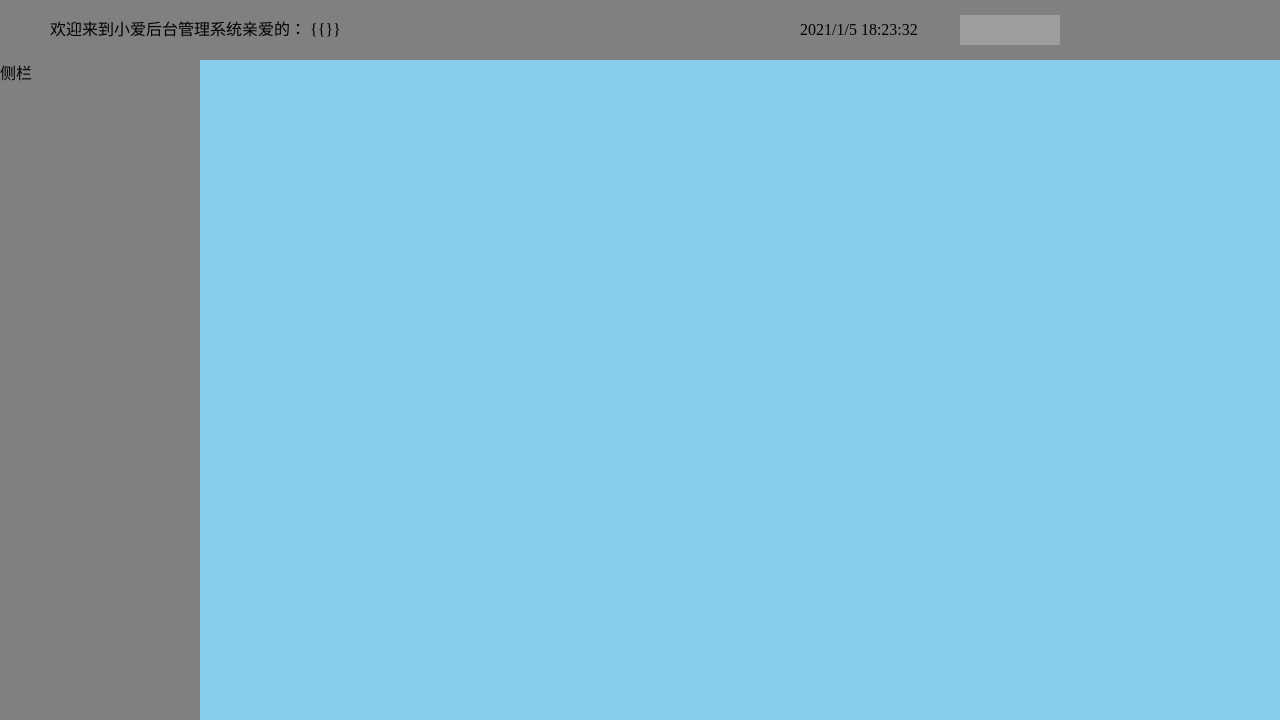
Repository: heyegang/vuex
Page: /
The author's editor kept a copy of each file at every save. The page is drawn from the files as they stood at one save, then again after the next save.
The browser window is 1280 px wide. The pictures show the whole page.
Pictures or frames that could not be fetched are drawn as grey boxes. The project was rebuilt for these pictures with package versions that can differ from the ones it lists, and the page was loaded fresh each time. Also part of the build but not shown: vue.config.js.

Above is the page before, as saved 2021-01-06 13:44:46.

### src/main.js
import Vue from "vue";
import App from "./App.vue";
import router from "./router";
import store from "./store";
import ElementUI from "element-ui";
import "element-ui/lib/theme-chalk/index.css"

Vue.use(ElementUI)
Vue.config.productionTip = false;

new Vue({
  router,
  store,
  render: h => h(App)
}).$mount("#app");

### src/App.vue
<template>
  <div id="app">
    <router-view />
  </div>
</template>

<style lang="scss">
*{
  margin: 0;
  padding: 0;
}
html,body,#app{
  height: 100%;
}
</style>

### src/router/index.js
import Vue from "vue";
import VueRouter from "vue-router";
import Home from "../views/Home.vue";
import Layout from "../views/layout/Layout.vue";

Vue.use(VueRouter);

const routes = [{
   path:"",
  component:Layout,
  children:[{
    path: "/",
    name: "Home",
    component: Home
  },

  ]},
  {
    path: "/login",
    name: "login",
    component: () => import('../views/login/Login.vue')
  },
];

const router = new VueRouter({
  mode: "history",
  base: process.env.BASE_URL,
  routes
});

export default router;

### src/store/index.js
import Vue from "vue";
import Vuex from "vuex";
import user from "./user"

Vue.use(Vuex);

export default new Vuex.Store({
  state: {
    // 存放数据
  },
  mutations: {
    // 同步修改state
  },
  actions: {},
  modules: {
    // 代表模块
    user
  }
});

### src/views/Home.vue
<template>
  <div></div>
</template>

<script>
export default {
  name: '',
  props:{},
  data () {
    return {
    }
  },
  components: {},
  methods: {},
  mounted() {},
  computed: {},
  watch: {}
}
</script>

<style lang='scss' scoped>

</style>

### src/views/layout/Layout.vue
<template>
    <div>
        <el-container>
        <el-header>
            <nav-header></nav-header>
        </el-header>
        <el-container>
            <el-aside width="200px">
                <nav-sidebar></nav-sidebar>
            </el-aside>
            <el-main>
                <router-view></router-view>
            </el-main>
        </el-container>
        </el-container>
    </div>
</template>

<script>
import NavHeader from "../../components/navheader/NavHeader"
import NavSidebar from "../../components/navsidebar/NavSidebar"
export default {
  name: '',
  props:{},
  data () {
    return {
    }
  },
  components: {
      NavHeader,
      NavSidebar,
  },
  methods: {},
  mounted() {},
  computed: {},
  watch: {}
}
</script>

<style lang='scss' scoped>
  .el-header, .el-footer {
    line-height: 60px;
    background-color: gray;
  }

  .el-aside {
    position: fixed;
    top: 60px;
    bottom: 0;
    background-color: gray;
  }

  .el-main {
    position: fixed;
    bottom: 0;
    right: 0;
    top: 60px;
    left: 200px;
    background-color: skyblue;


  }

  body > .el-container {
    margin-bottom: 40px;
  }

  .el-container:nth-child(5) .el-aside,
  .el-container:nth-child(6) .el-aside {
    line-height: 260px;
  }

  .el-container:nth-child(7) .el-aside {
    line-height: 320px;
  }
</style>

### src/store/user.js
import { Message } from "element-ui";
import api from '../http/api';
import router from '../router'

export default {
    namespaced:true,
    // 开启命名空间

    state: {
        // 存放数据
        users:[]
      },
      mutations: {
        // 同步修改state
        setUsers(state,data){
            state.user = data
        }
      },
      actions: {
        //   发请求
        // 所有的方法
        // 登录 每一个action的方法都有两个参数 第一个是store 第二个是请求的参数
        // store可以解构为commit dispatch(提交另外一个action)
        async login(_,params){
            let res = await api.login(params)
            if(res.meta.status === 200){
                // 请求成功 存用户 跳转路由 提示用户
                localStorage.setItem('user', JSON.stringify(res.data))
                localStorage.setItem('token', res.data.token)
                Message.success('登录成功')
                router.push('/')
            } else {
                Message.error(res.meta.msg)
            }
        },
        async getUsers({commit},params){
            let res = await api.getUsers(params)
            if(res.meta.status === 200) {
                commit('setUsers',res.data)
            }else {
                Message.error(res.meta.msg)
            }
        }
      },
}

### src/components/navheader/NavHeader.vue
<template>
  <div class="top">
      <div style="margin-left:30px;">
          欢迎来到小爱后台管理系统
      </div>
      <div class="box">
          {{times}}
      </div>
      <div class="weather">
          <div class="weather"><iframe scrolling="no" src="https://tianqiapi.com/api.php?style=yd&skin=pitaya" frameborder="0" width="100%" height="30" allowtransparency="true"></iframe></div>
    <!--获取天气-->
      </div>
      <div>
          亲爱的： {{}}
      </div>
  </div>
</template>

<script>
export default {
  name: '',
  props:{},
  data () {
    return {
      times:'',//格式化之后的当前时间
      currentTime: new Date() //当前时间
    }
  },
  components: {},
  methods: {
    getTimes(){
      setInterval(this.getTimesInterval, 1000);
    },
    getTimesInterval:function() {
      let _this = this;
      let year = new Date().getFullYear(); //获取当前时间的年份
      let month = new Date().getMonth() + 1; //获取当前时间的月份
      let day = new Date().getDate(); //获取当前时间的天数
      let hours = new Date().getHours(); //获取当前时间的小时
      let minutes = new Date().getMinutes(); //获取当前时间的分数
      let seconds = new Date().getSeconds(); //获取当前时间的秒数
      let hello = "";
      //当小于 10 的是时候，在前面加 0
      if (hours < 10) {
        hours = "0" + hours;
      }
      if (minutes < 10) {
        minutes = "0" + minutes;
      }
      if (seconds < 10) {
        seconds = "0" + seconds;
      }
      //一天中的时间
      if (hours > 6 && hours <13){
          hello = "上午";
      }
      if (hours > 13 && hours <18){
          hello = "下午";
      }
      if (hours > 18 && hours <24){
          hello = "晚上";
      }
      if (hours >0 && hours < 6){
          hello = "凌晨";
      }
      //拼接格式化当前时间
      _this.times = year + "/" + month + "/" + day + " " +hello+ hours + ":" + minutes + ":" + seconds;
    },
  },
  mounted() {
    this.getTimes()
  },
  computed: {},
  watch: {},
}
</script>

<style lang='scss' scoped>
.top{
    display: flex;
    position: relative;
    line-height: 60px;
}
.box{
    width: 160px;
    position: absolute;
    right: 300px;
}
.weather{
    width: 100px;
    position: absolute;
    right: 100px;
    top: 5px;
}
</style>

### src/components/navsidebar/NavSidebar.vue
<template>
  <div>
      侧栏
  </div>
</template>

<script>
export default {
  name: '',
  props:{},
  data () {
    return {
    }
  },
  components: {},
  methods: {},
  mounted() {},
  computed: {},
  watch: {}
}
</script>

<style lang='scss' scoped>

</style>

### src/http/api.js
import http from './index'

export default{
     login({username,password}){
        return http.post('/login',{
            username,
            password
        })
     },
     getUsers({pagenum,pagesize,query}){
         if(query){
             return http.get(`/users?pagenum=${pagenum}&pagesize=${pagesize}&query=${query}`)
         } else {
             return http.get(`/users?pagenum=${pagenum}&pagesize=${pagesize}`)
         }

     },
}

### src/http/index.js
import axios from 'axios'
import nprogress from 'nprogress'
import 'nprogress/nprogress.css'
import {Message} from 'element-ui'

// 需要区分当前环境是开发环境(development)还是生产环境(production)
let isPro = process.env.NODE_ENV === 'productin'

const http = axios.create({
    baseURL: isPro ? '线上接口路径':'/api',
    timeout:10000
})

// 请求拦截
http.interceptors.request.use(config =>{
    nprogress.start()
    // 配置token token是鉴权的一种方式
    // 在登陆成功后 会返回当前用户的token 存在本地
    // 可用（百度：js加密插件）加密插件加密token
    let token = localStorage.getItem('token')
    // 账号密码和token分开存
    if(token){
        config.headers.Authorization = token
    }
    return config
},err =>{
    nprogress.done()
    return Promise.reject(err)
})

// 响应拦截
http.interceptors.response.use(res => {
    nprogress.done()
    return res.data
},err => {

    // 请求失败
    let status = err.response && err.response.status
    // 状态码
    if (status === 400) {
        Message.error('参数错误')
    }
    if (status === 401) {
        Message.error('没有权限')
    }
    if (status === 403) {
        Message.error('登录过期')
    }
    if (status === 404) {
        Message.error('路径错误')
    }
    if (status === 500) {
        Message.error('服务器错误')
    }
    if (status === 403) {
        Message.error('服务器在维护')
    }
    return Promise.reject(err)
})


export default http

Loaded but not shown: public/index.html (common file)

After the next save:
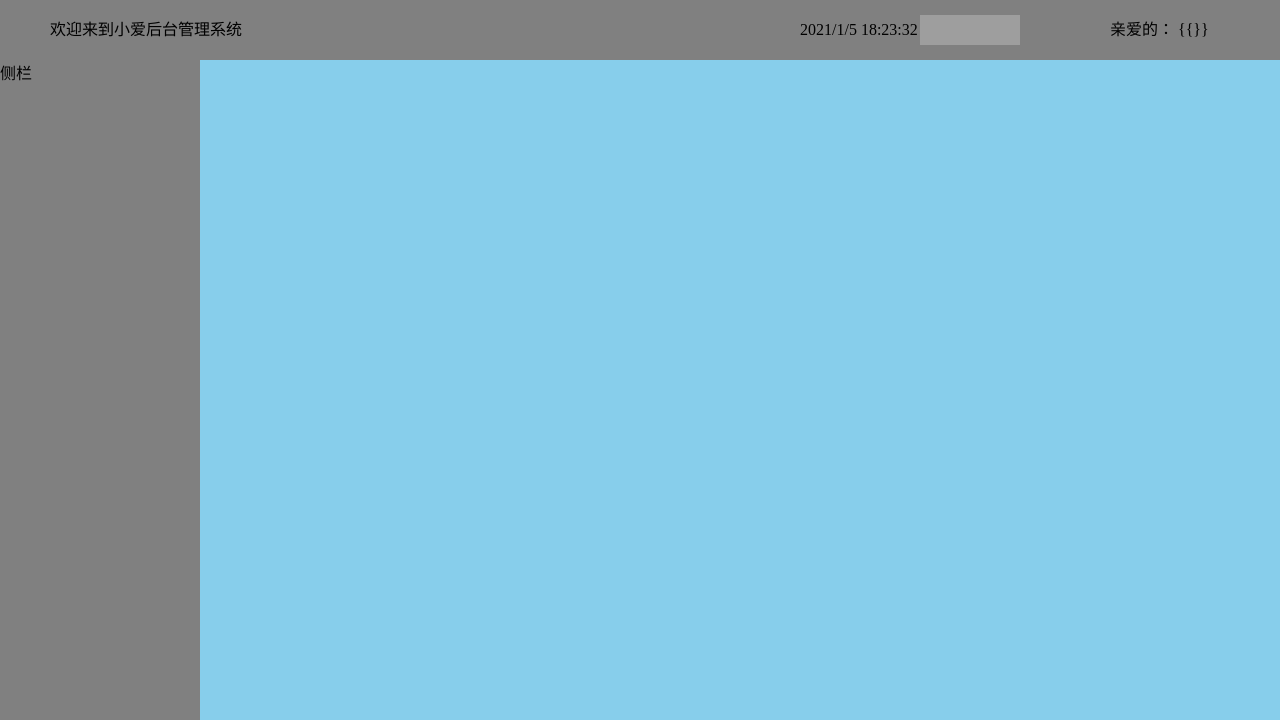
Saved 3 min 5 s later.
--- a/src/components/navheader/NavHeader.vue
+++ b/src/components/navheader/NavHeader.vue
@@ -10,7 +10,7 @@
           <div class="weather"><iframe scrolling="no" src="https://tianqiapi.com/api.php?style=yd&skin=pitaya" frameborder="0" width="100%" height="30" allowtransparency="true"></iframe></div>
     <!--获取天气-->
       </div>
-      <div>
+      <div class="hello">
           亲爱的： {{}}
       </div>
   </div>
@@ -89,7 +89,12 @@ export default {
 .weather{
     width: 100px;
     position: absolute;
-    right: 100px;
+    right: 120px;
     top: 5px;
 }
+.hello{
+    width: 100px;
+    position: absolute;
+    right: 50px;
+}
 </style>
